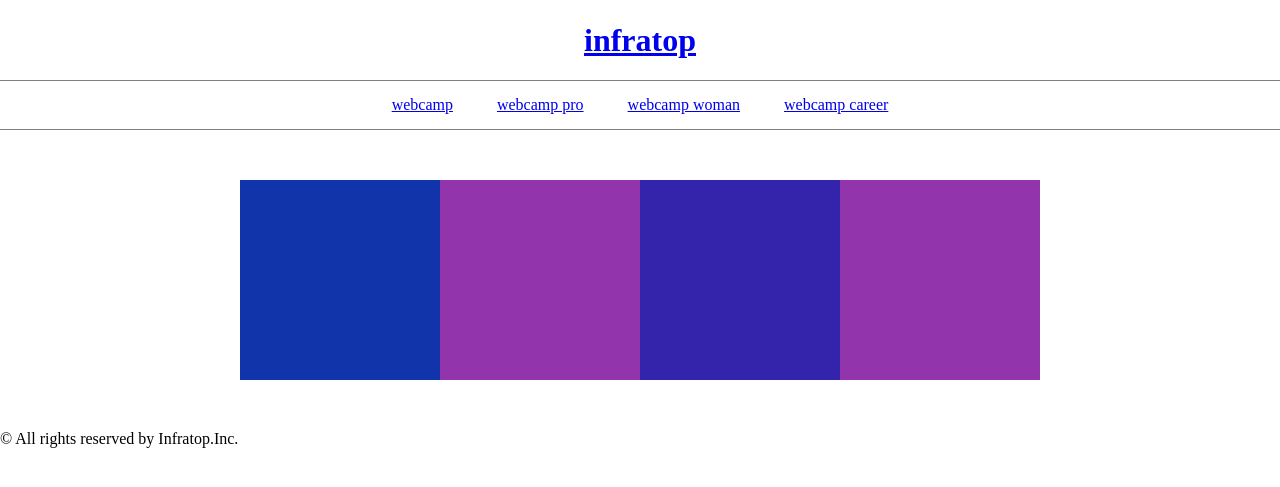
Repository: t-sato-infratop/environment
Page: chapter5_exercise/chapter5_exercise.html
The author's editor kept a record of every edit. The page is drawn from the files as they stood at one moment, then again after the next edit.
The browser window is 1280 px wide. The pictures show the whole page.

Above is the page before.

After the next edit:
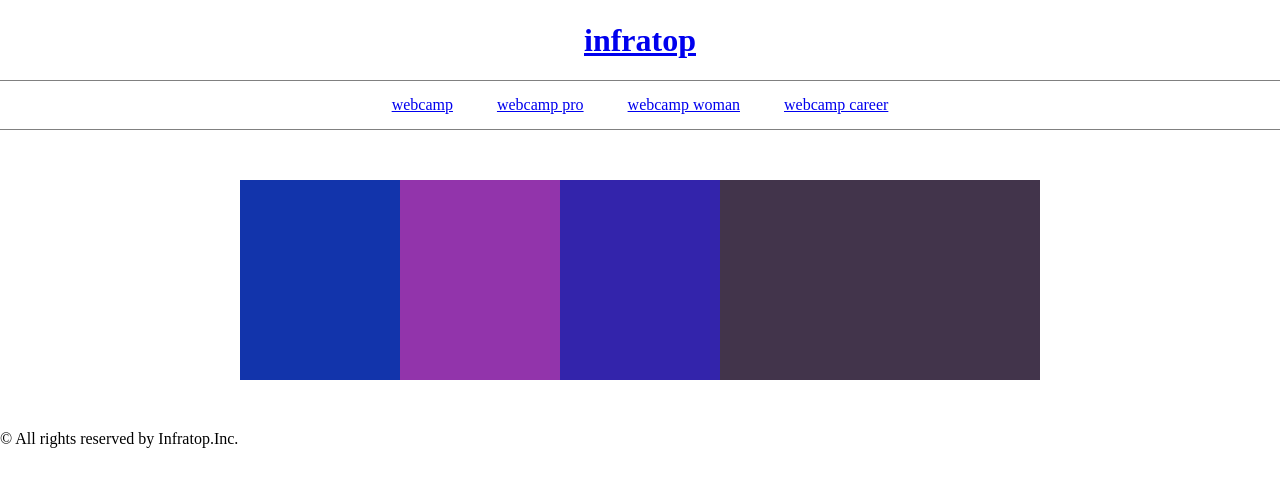
The edit:
--- a/chapter5_exercise/chapter5_exercise.css
+++ b/chapter5_exercise/chapter5_exercise.css
@@ -53,5 +53,11 @@
 .box4 {
   width: 200px;
   height: 200px;
-  background-color: #9234ab
+  background-color: #42344b
 }
+
+.box5 {
+  width: 200px;
+  height: 200px;
+  background-color: #42344b
+}
